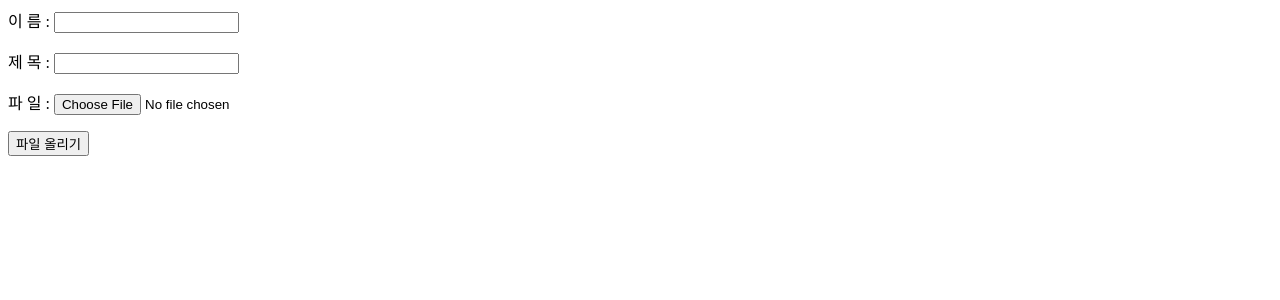
Repository: ramperrit/JSP
Page: http://localhost/JSPBook/Ch07/fileUpload01.jsp
These files come from the project's save history. The page is drawn as it stood at one moment and after the next save; the edit follows.
The browser window is 1280 px wide. The pictures show the whole page.
The page is served by Tomcat 9. Nobody is signed in. The application's start-up code is not run.

Above is the page before, as saved 2024-02-22 03:14:16.

After the next save:
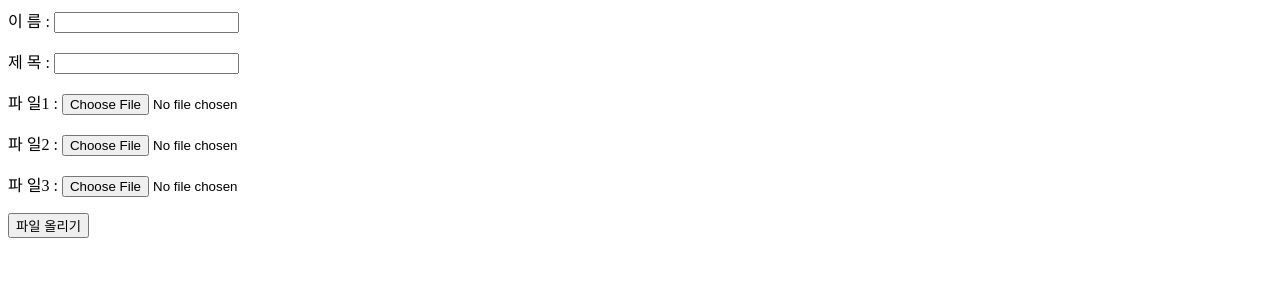
Saved 9 min 8 s later.
--- a/JSPBook/src/main/webapp/Ch07/fileUpload01.jsp
+++ b/JSPBook/src/main/webapp/Ch07/fileUpload01.jsp
@@ -7,7 +7,9 @@
 	<form name="fileForm" method="post" enctype="multipart/form-data" action="fileUpload01_process.jsp">
 		<p> 이 름 : <input type="text" name="name">
 		<p> 제 목 : <input type="text" name="subject">
-		<p> 파 일 : <input type="file" name="filename">
+		<p> 파 일1 : <input type="file" name="filename">
+		<p> 파 일2 : <input type="file" name="filename">
+		<p> 파 일3 : <input type="file" name="filename">
 		<p> <input type="submit" value="파일 올리기">
 	</form>
 </body>

After the 2 saves that followed:
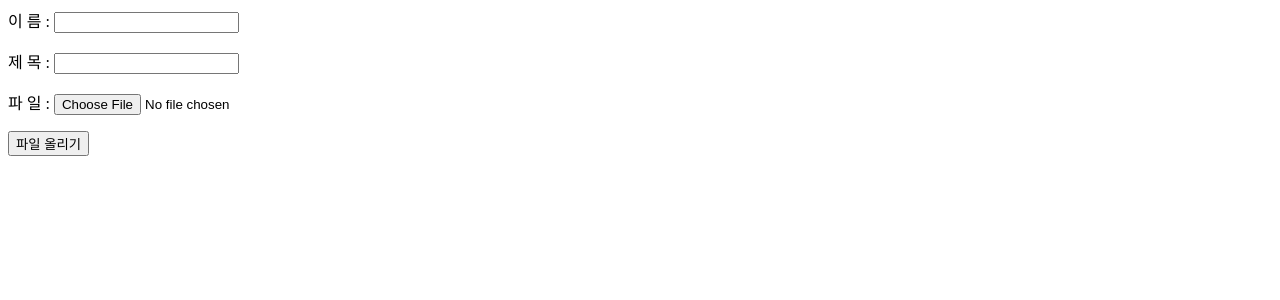
The 2 saves are shown as one change because 1 left the picture as it was.
The last was saved 11 min 55 s later.
--- a/JSPBook/src/main/webapp/Ch07/fileUpload01.jsp
+++ b/JSPBook/src/main/webapp/Ch07/fileUpload01.jsp
@@ -7,9 +7,7 @@
 	<form name="fileForm" method="post" enctype="multipart/form-data" action="fileUpload01_process.jsp">
 		<p> 이 름 : <input type="text" name="name">
 		<p> 제 목 : <input type="text" name="subject">
-		<p> 파 일1 : <input type="file" name="filename">
-		<p> 파 일2 : <input type="file" name="filename">
-		<p> 파 일3 : <input type="file" name="filename">
+		<p> 파 일 : <input type="file" name="filename">
 		<p> <input type="submit" value="파일 올리기">
 	</form>
 </body>
